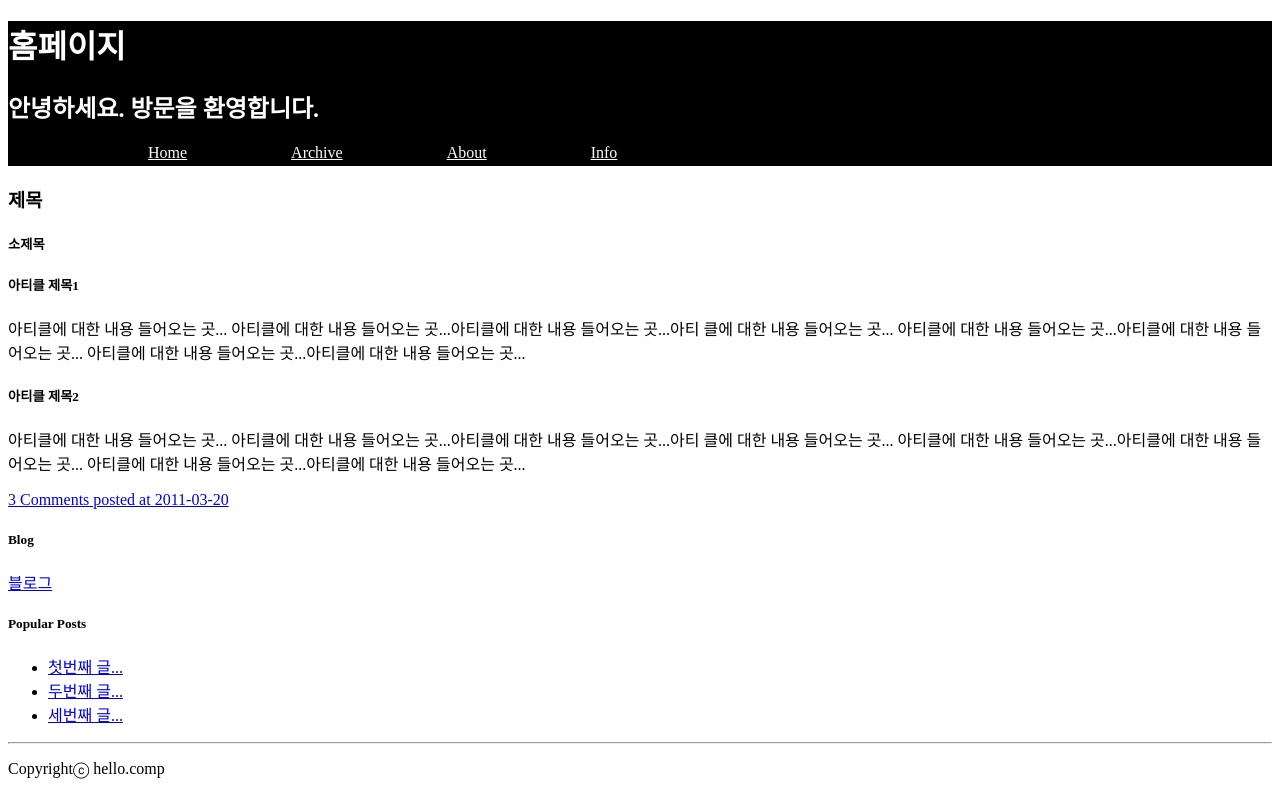
Repository: harin1212/PDA-frontend
Page: 김하린_0728_2/hw2.html
The author's editor kept a copy of each file at every save. The page is drawn from the files as they stood at one save, then again after the next save.
The browser window is 1280 px wide. The pictures show the whole page.

Above is the page before, as saved 2023-07-28 17:15:51.

After the next save:
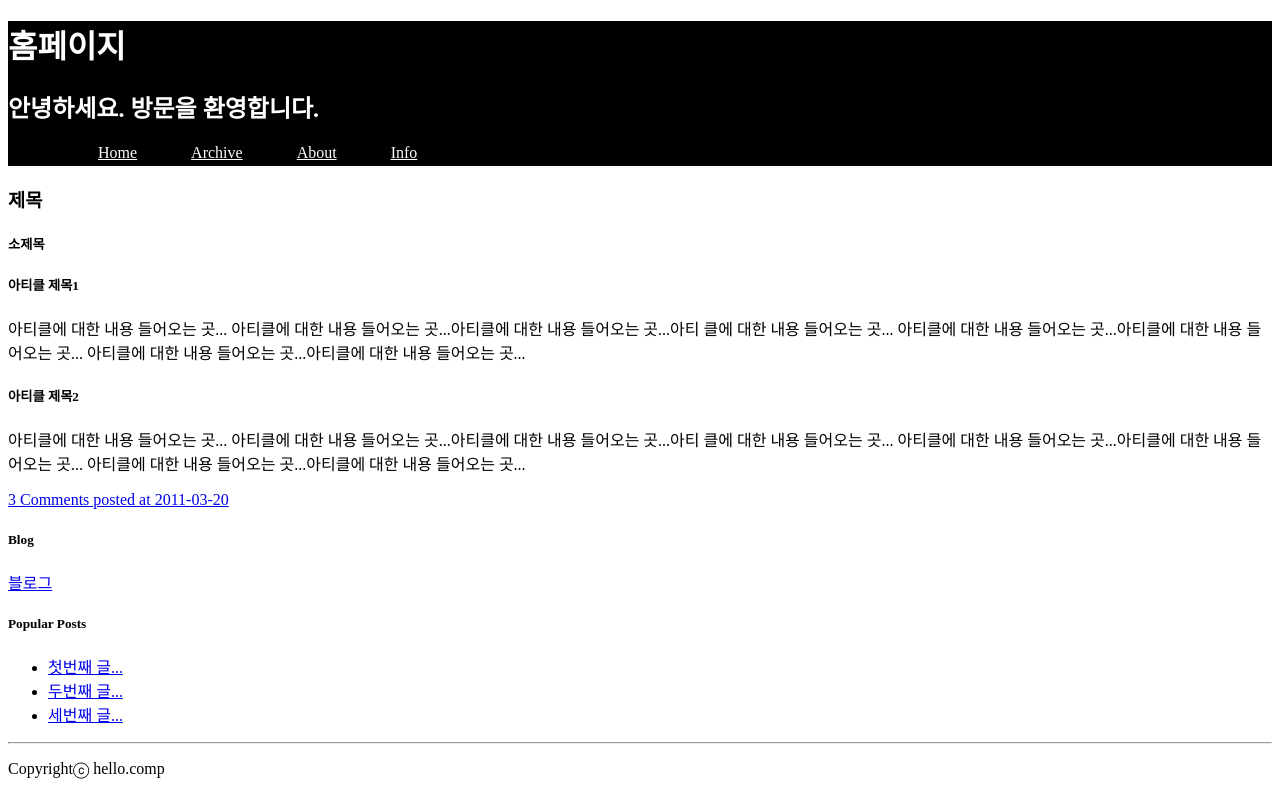
Saved 7 s later.
--- a/김하린_0728_2/style/hw2.css
+++ b/김하린_0728_2/style/hw2.css
@@ -8,7 +8,7 @@ header nav ul li a{
     color : white;
     display: inline-block;
 
-    margin-left: 100px;
+    margin-left: 50px;
     float: right;
 }
 
